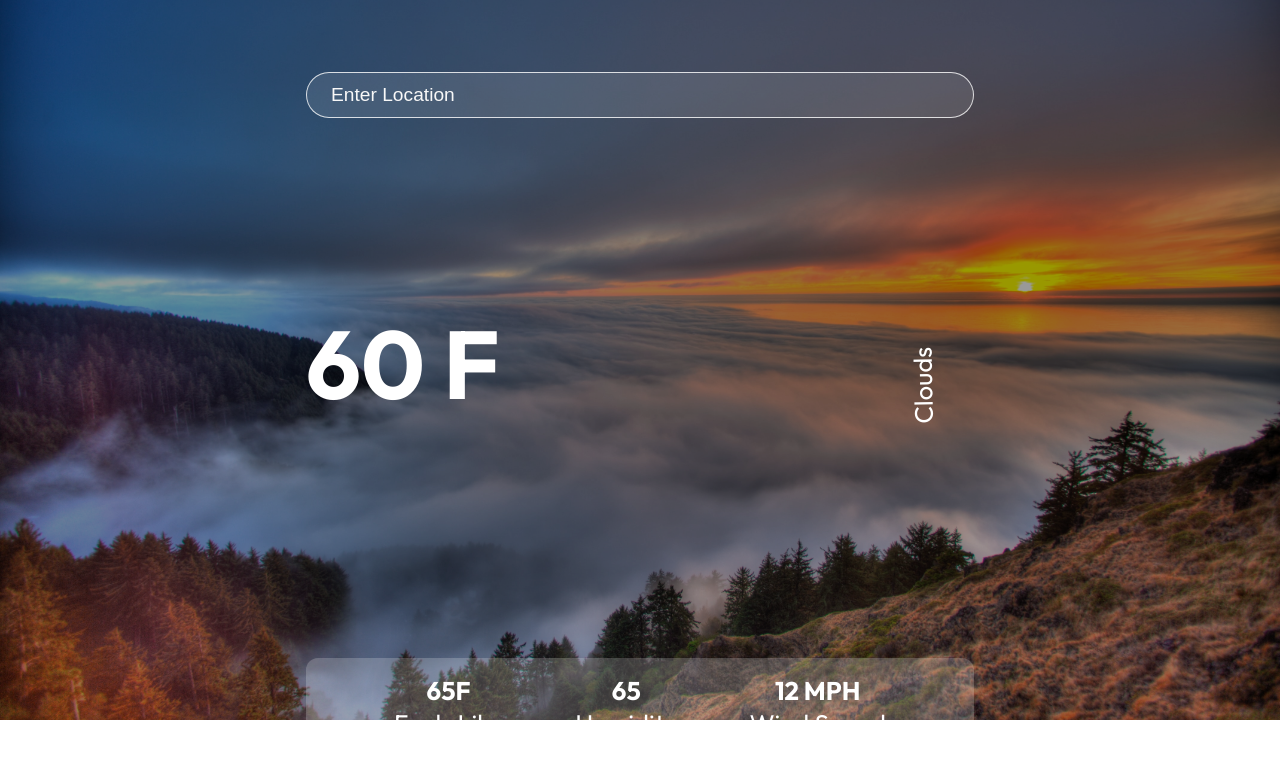
Repository: mahsa199170/react-fetch-data
Page: / (app in weather-map/)
An editor plug-in stored every save of this project. The page is shown before and after the next save, followed by the edit.
The browser window is 1280 px wide. The pictures show the whole page.
The page's requests for data from a server got no answer. The project was rebuilt for these pictures with package versions that can differ from the ones it lists, and the page was loaded fresh each time. No one was signed in, and anything a server would have sent is missing. Also part of the build but not shown: weather-map/src/App.css.

Above is the page before, as saved 2024-11-21 12:30:14.

After the next save:
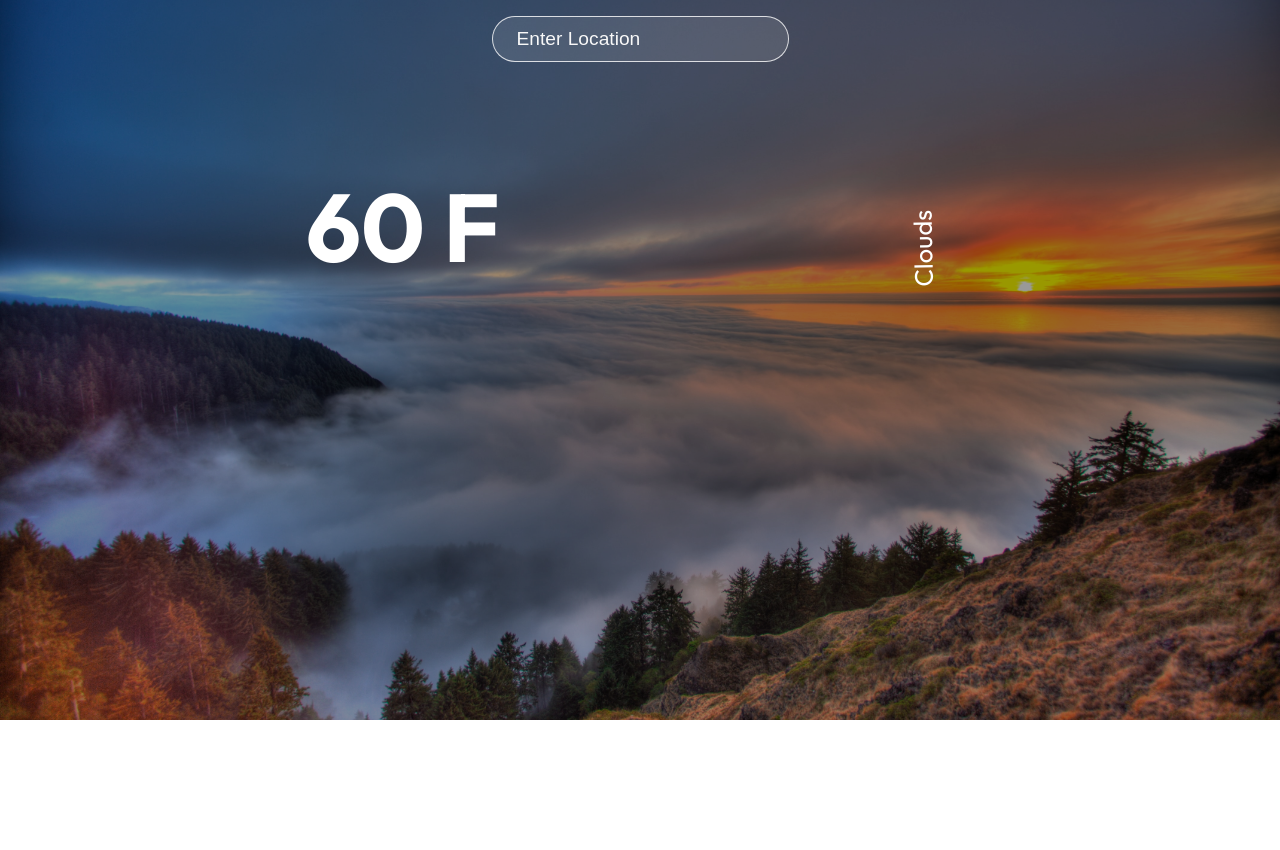
Saved 119 s later.
--- a/weather-map/src/App.js
+++ b/weather-map/src/App.js
@@ -29,7 +29,7 @@ function App() {
   };
   return (
     <div className="app">
-      <div className="container">
+      <div className="search">
         <input
           type="text"
           placeholder="Enter Location"
@@ -37,6 +37,8 @@ function App() {
           value={location}
           onChange={(e) => handleLocation(e)}
         />
+      </div>
+      <div className="container">
         <div className="top">
           <div className="location">
             <p>{location}</p>
